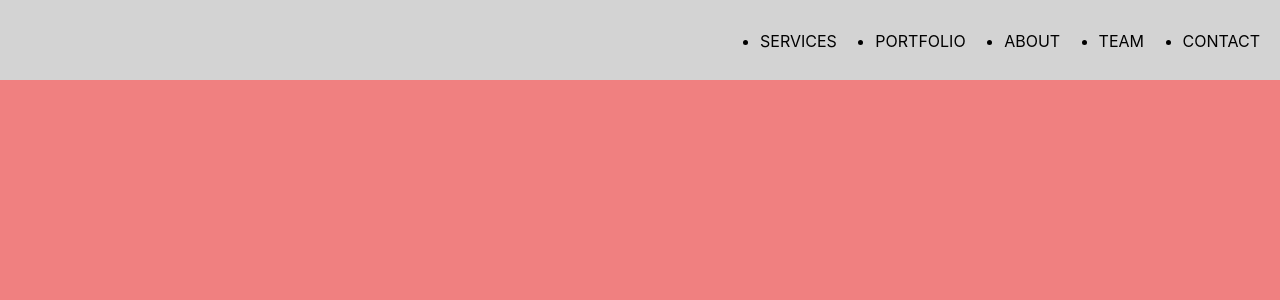
Repository: ooter37/media-queries-afternoon
Page: / (app in portfolio-clone/)
The author's editor kept a copy of each file at every save. The page is drawn from the files as they stood at one save, then again after the next save.
The browser window is 1280 px wide. The pictures show the whole page.
The project was rebuilt for these pictures with package versions that can differ from the ones it lists, and the page was loaded fresh each time.

Above is the page before, as saved 2020-04-13 13:32:53.

After the next save:
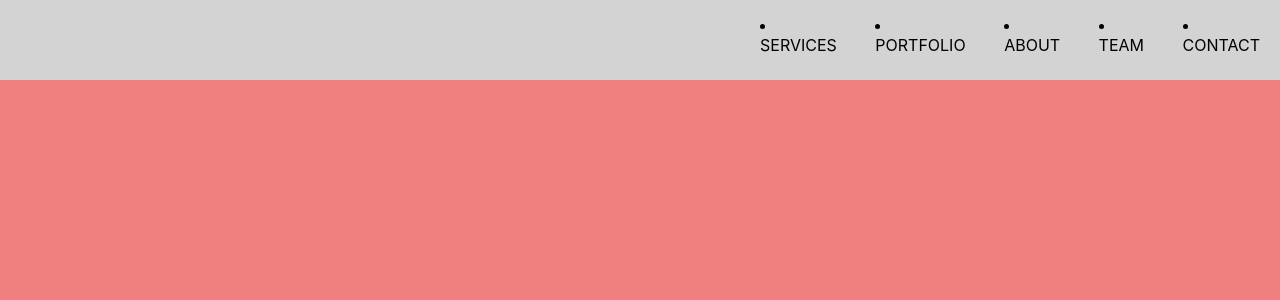
Saved 38 s later.
--- a/portfolio-clone/src/Components/Banner.js
+++ b/portfolio-clone/src/Components/Banner.js
@@ -11,7 +11,7 @@ export default class Banner extends React.Component {
         return (
             <header className='header'>
                 <nav className='navbar'>
-                    <ul className='buttons'>
+                    <div className='buttons'>
                         <li>
                             <div>SERVICES</div>
                         </li>
@@ -27,7 +27,7 @@ export default class Banner extends React.Component {
                         <li>
                             <div>CONTACT</div>
                         </li>
-                    </ul>
+                    </div>
                 </nav>
             </header>
         )
